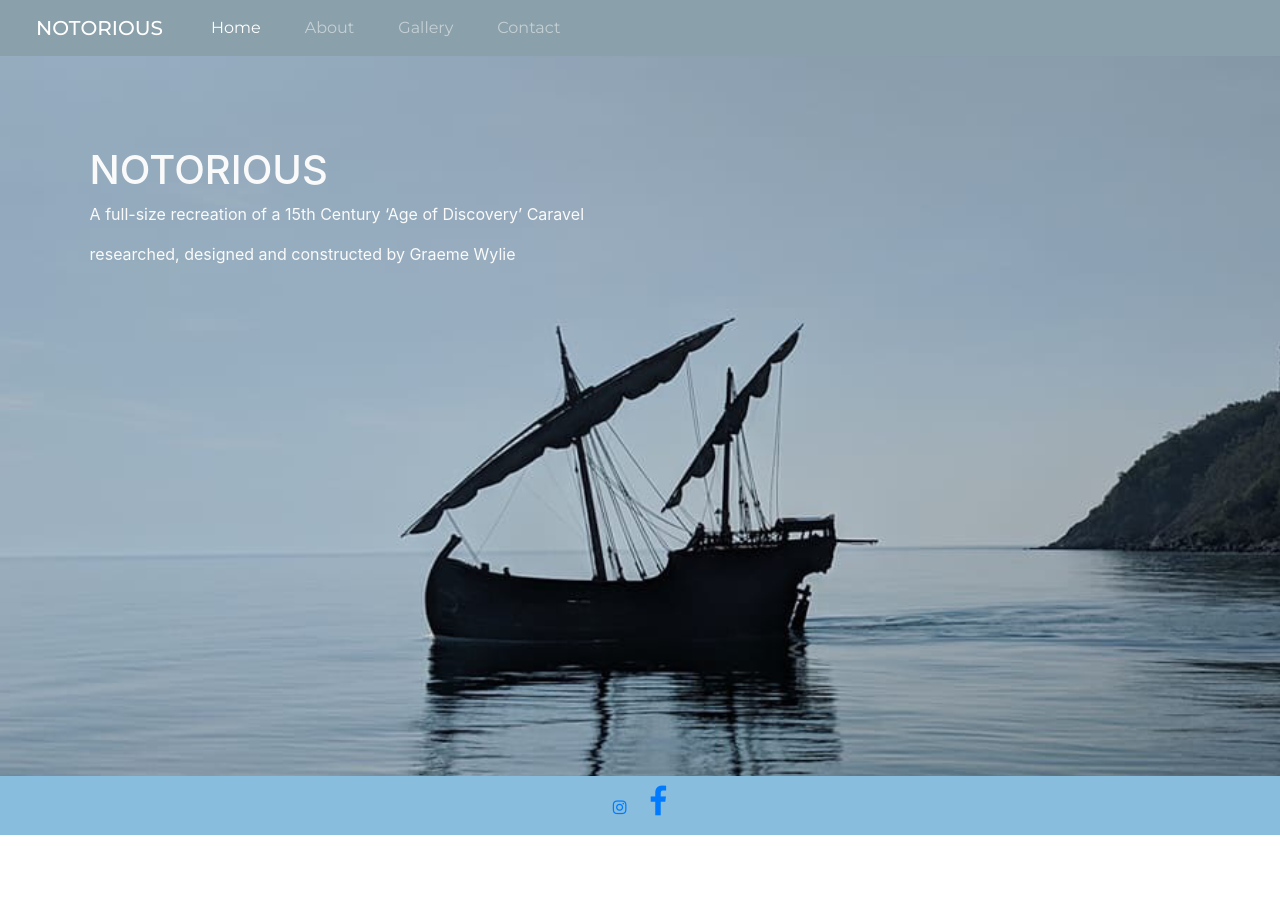
Repository: TSRose/NotorioustheShip
Page: index.html
The author's editor kept a record of every edit. The page is drawn from the files as they stood at one moment, then again after the next edit.
The browser window is 1280 px wide. The pictures show the whole page.
Backgrounds fixed to the window are drawn as part of the page.

Above is the page before.

### index.html
<!DOCTYPE html>
<html lang="en">

<head>
    <meta charset="UTF-8">
    <meta name="viewport" content="width=device-width, initial-scale=1.0">
    <meta http-equiv="X-UA-Compatible" content="ie=edge">
    <link rel="stylesheet" href="https://stackpath.bootstrapcdn.com/bootstrap/4.3.1/css/bootstrap.min.css" type="text/css" />
    <link rel="stylesheet" href="https://stackpath.bootstrapcdn.com/font-awesome/4.7.0/css/font-awesome.min.css">
    <link rel="stylesheet" href="assets/css/style.css" type="text/css">

    <title>Notorious the Ship</title>
</head>

<body>
    <nav class="navbar navbar-dark navbar-expand-sm">
        <a href="index.html" class="navbar-brand">NOTORIOUS</a>
        <button class="navbar-toggler ml-auto" type="button" data-toggle="collapse" data-target="#navbarNavDropdown" aria-controls="navbarNavDropdown" aria-expanded="false" aria-label="Toggle navigation">
      <span class="navbar-toggler-icon"></span></button>
        <div class="collapse navbar-collapse" id="navbarNavDropdown">
            <ul class="navbar-nav mr-auto">
                <li class="active nav-item mr-2"><a class="nav-link" href="index.html">Home</a></li>
                <li class="nav-item mr-2"><a class="nav-link" href="about.html">About</a></li>
                <li class="nav-item mr-2"><a class="nav-link" href="gallery.html">Gallery</a></li>
                <li class="nav-item mr-2"><a class="nav-link" href="contact.html">Contact</a></li>
            </ul>
            </div>
    </nav>

    <!---------------------------landing page----->

    <div class="container-fluid landing-container">
        <div class="landing absolute">
            <div class="row">
                <div class="col-12">
                    <div class="jumbotron-landing jumbotron">
                        <h1 class="text-uppercase jumbotron-heading">notorious</h1>
                        <p class="landing-subheading">A full-size recreation of a 15th Century ‘Age of Discovery’ Caravel</p>
                        <p class="landing-subheading">researched, designed and constructed by Graeme Wylie </p>
                    </div>
                </div>
            </div>
        </div>
    </div>

 <!---------------------------footer----->
    <footer class="container-fluid footer">
        <div id="footer-details" class="row">
            <div class="col-12">
                <ul class="list-inline social-links">
                    <li class="list-inline-item">
                        <a target="_blank" href="http://instagram.com/notorioustheship">
                        <i class="fa fa-instagram" aria-hidden="true"></i>
                        <span class="sr-only">Instagram</span>
                        </a>
                    </li>
                    <li class="list-inline-item">
                        <a target="_blank" href="http://facebook.com/notorioustheship">
                        <i class="fa fa-facebook fa-2x" aria-hidden="true"></i>
                        <span class="sr-only">Facebook</span>
                        </a>
                    </li>
                </ul>
            </div>
        </div>
    </footer>

    <script src="https://code.jquery.com/jquery-3.3.1.slim.min.js" integrity="sha384-q8i/X+965DzO0rT7abK41JStQIAqVgRVzpbzo5smXKp4YfRvH+8abtTE1Pi6jizo" crossorigin="anonymous"></script>
    <script src="https://cdnjs.cloudflare.com/ajax/libs/popper.js/1.14.7/umd/popper.min.js" integrity="sha384-UO2eT0CpHqdSJQ6hJty5KVphtPhzWj9WO1clHTMGa3JDZwrnQq4sF86dIHNDz0W1" crossorigin="anonymous"></script>
    <script src="https://stackpath.bootstrapcdn.com/bootstrap/4.3.1/js/bootstrap.min.js" integrity="sha384-JjSmVgyd0p3pXB1rRibZUAYoIIy6OrQ6VrjIEaFf/nJGzIxFDsf4x0xIM+B07jRM" crossorigin="anonymous"></script>

</body>

</html>

### assets/css/style.css
@import url('https://fonts.googleapis.com/css?family=Montserrat:100,200,300,400,500,600,700|Roboto:100,200,300,400,500,600,700');

body {
    margin: 10;
    padding: 0;
}

header {
    margin: 0;
}

.footer {
    background-color: #89bddd;
    border-color: #89bddd;
}

h2 {
    margin-bottom: 20px;
}

/*-------------------------------- navbar */

.navbar-brand {
    font-family: "Montserrat", sans-serif;
    color: #fafafa;
    margin: 0 20px;
    font-weight: 500;
}

.nav-item {
    color: #fafafa;
    font-family: "Montserrat", sans-serif;
    margin: 0 20px;
}

.list-inline {
    text-align: center;
}

.navbar {
    color: #aaa;
    background-color: #8aa0aa;
    margin-bottom: 0;
    border: 0;
    width: 100%;
}

.navbar .navbar-toggler {
    border: 0;
}

/*---------------------------------Landing ----*/

.landing-container {
    height: 100VH;
    background: url("../images/notorious_portdouglas_xsm_crop.jpg") no-repeat center center fixed;
    -webkit-background-size: cover;
    -moz-background-size: cover;
    -o-background-size: cover;
    background-size: cover;
    display: flex;
    align-items: center;
    justify-content: center;
    position: relative;
}

@media (min-width: 576px) {
    .landing-container {
        background: url("../images/notorious_portdouglas_sm_crop.jpg") no-repeat center right fixed;
    }
}

@media (min-width: 768px) {
    .landing-container {
        background: url("../images/notorious_portdouglas_md_crop.jpg") no-repeat center right fixed;
    }
}

@media (min-width: 992px) {
    .landing-container {
        background: url("../images/notorious_portdouglas.PNG") no-repeat center left fixed;
    }
}

.text-uppercase {
    text-transform: uppercase;
}

.landing-subheading {
    padding: 0 0px;
    text-align: left;
}

/*--------------------------------Jumbotron*/

.absolute {
    position: absolute;
    height: 100VH;
    width: 100VW;
    padding: 7%;
}

.jumbotron {
    background-color: transparent;
    padding: 0;
    color: #fafafa;
    height: 100VH;
}

.jumbotron-header {
    font-weight: bold;
    margin-bottom: 35px;
    margin: 50px;
    text-transform: capitalize;
    padding: 50px;
}


/*--------------------------------------- contact form*/

.contact-heading {
    font-family: "Montserrat", sans-serif;
    font-weight: 200;
    padding-top: 30px;
    margin-top: 25px;
    margin-bottom: 15px;
}

.center-form {
    padding: 0 10px;
    margin: 0 auto;
    max-width: 70%;
}

button[type="submit"] {
    margin-top: 15px;
    margin-bottom: 20px;
    color: #fafafa;
    background-color: #3498db;
}

.btn {
    padding: 5px;
}

.form-control {
    margin: 10px 0;
}

.share {
    margin: 25px 0;
}

@media(max-width: 991px) {
    .center-form {
        padding-top: 30px;
        min-height: 240px;
        margin: 0 auto;
        max-width: 70%;
    }
}

@media(min-width: 992px) {
    .center-form {
        padding-top: 30px;
        min-height: 240px;
        margin: 0 auto;
        max-width: 50%;
    }
}

@media(min-width: 992px) {
    .contact-heading {
        font-family: "Montserrat", sans-serif;
        font-weight: 400;
        margin-top: 25px;
        margin-bottom: 20px;
    }
}

/*-----------------------------------About*/

.about-container {
    margin: 15px;
}

.article-wrapper {
    margin-right: 50px;
}

.theshipimage {
    background: url("../images/notorious_on_anchor.PNG");
    background-position: left;
    background-repeat: no-repeat;
    display: inline-block;
    width: 300px;
    height: auto;
    transition: all .5s ease-in-out;
    -moz-transition: all .5s ease-in-out;
    -webkit-transition: all .5s ease-in-out;
    margin: 0 15;
}

.thebuilderimage {
    background: url("../images/graemewylie.jpg");
    background-position: left;
    background-repeat: no-repeat;
    background-size: cover;
    display: block;
    width: 300px;
    height: auto;
    transition: all .5s ease-in-out;
    -moz-transition: all .5s ease-in-out;
    -webkit-transition: all .5s ease-in-out;
}

.thehistoryimage {
    background: url("../images/portuguesecaravelmodel.jpg");
    background-position: left;
    background-repeat: no-repeat;
    background-size: cover;
    display: block;
    width: auto;
    height: 300px;
    max-height: 300px;
    transition: all .5s ease-in-out;
    -moz-transition: all .5s ease-in-out;
    -webkit-transition: all .5s ease-in-out;
}

.article-container {
    margin: 30px;
}

/*-----------------------------------Open Days*/
.opendays {

}

/*-----------------------------------Gallery*/

.gallery-container {
    padding: 20px 0;
}

.image-padding {
    padding: 5px;
}

.zoom {
    width: 100%;
    height: 200px;
    border-radius:5px;
    background-size: cover;
    -webkit-transition: all .3s ease-in-out;
    -moz-transition: all .3s ease-in-out;
    -o-transition: all .3s ease-in-out;
    -ms-transition: all .3s ease-in-out;
}


.transition {
    -webkit-transform: scale(1.2);
    -moz-transform: scale(1.2);
    -o-transform: scale(1.2);
    transform: scale(1.2);
}
    .modal-header {

     border-bottom: none;
}
    .modal-title {
        color:#000;
    }
    .modal-footer{
      display:none;
    }


/*-----------------------------------Footer*/

.social-links {
    margin-top: 10px;
    padding-bottom: 0px;
}

.list-inline-item {
    padding-left: 5px;
    padding-right: 5px;
}

After the next edit:
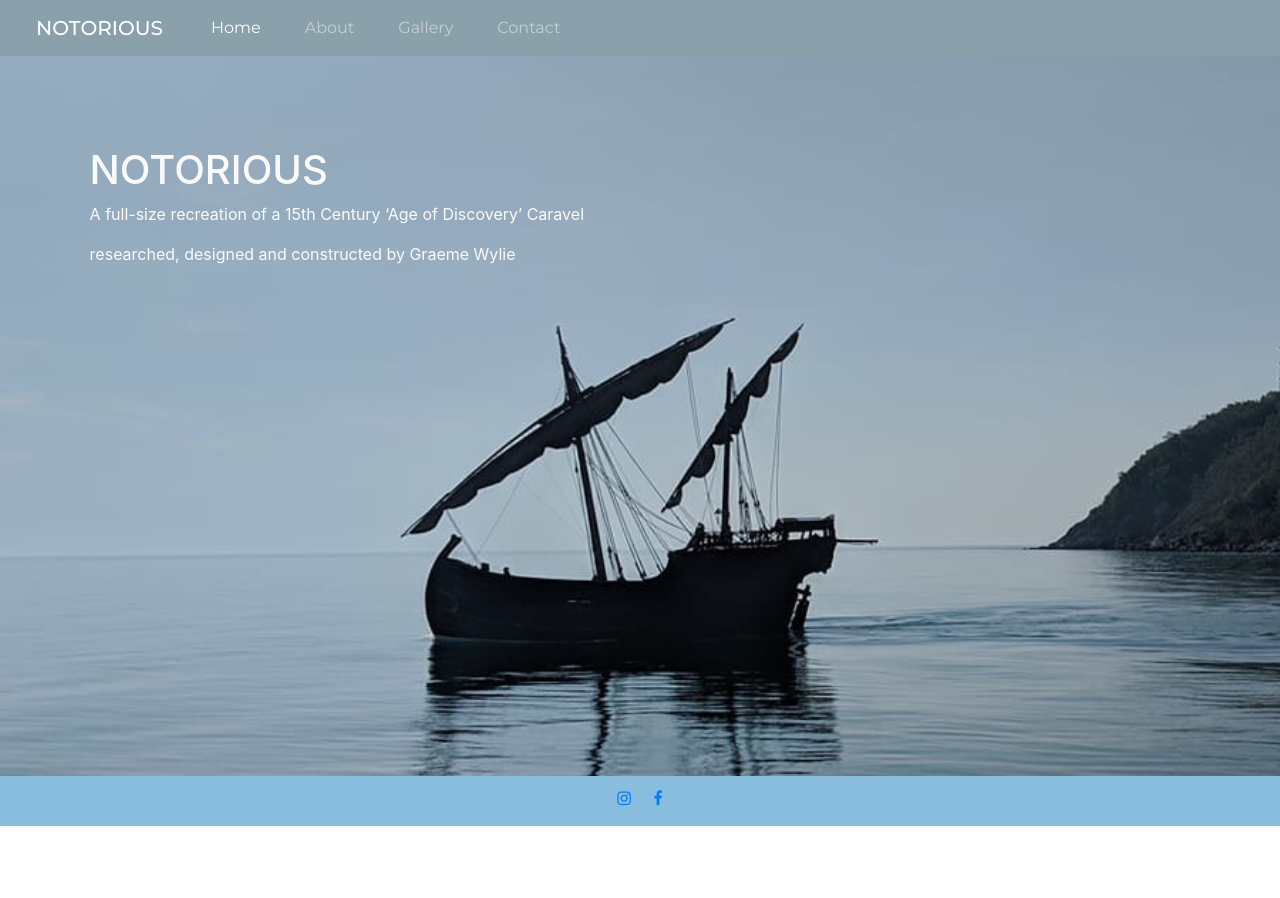
The edit:
--- a/index.html
+++ b/index.html
@@ -56,7 +56,7 @@
                     </li>
                     <li class="list-inline-item">
                         <a target="_blank" href="http://facebook.com/notorioustheship">
-                        <i class="fa fa-facebook fa-2x" aria-hidden="true"></i>
+                        <i class="fa fa-facebook" aria-hidden="true"></i>
                         <span class="sr-only">Facebook</span>
                         </a>
                     </li>
